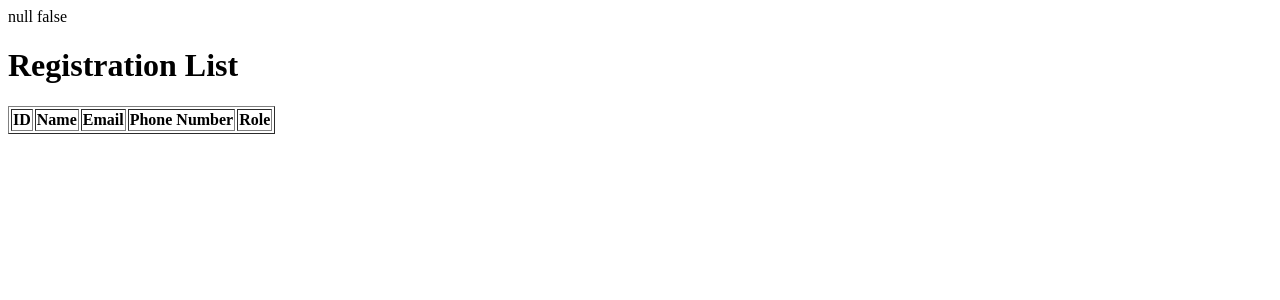
Repository: VimashaVishvani/VehicleRental
Page: http://localhost/Vehicle_rentalDb/viewRegistrations
These files come from the project's save history. The page is drawn as it stood at one moment and after the next save; the edit follows.
The browser window is 1280 px wide. The pictures show the whole page.
The page is served by Tomcat 9. Other server files are loaded and not shown. Queries for data that is not in the repository find no rows.

Above is the page before, as saved 2024-05-08 20:07:46.

### Vehicle_rentalDb/src/main/webapp/carOwnerSeeRegistrations.jsp
<%@ page language="java" contentType="text/html; charset=ISO-8859-1"
    pageEncoding="ISO-8859-1"%>
<%@taglib prefix="c" uri="http://java.sun.com/jsp/jstl/core"%>
 	<%
        String id = request.getParameter("id");
 		String result= request.getParameter("result");
        out.println(id);
        out.println(result);


       if("false".equals(result)) {
            // Print JavaScript to display an alert box
            out.println("<script type=\"text/javascript\">");
            out.println("alert('No Registrations Done yet');");
            out.println("</script>");
            }

    %>
<!DOCTYPE html>
<html>
<head>
    <meta charset="UTF-8">
    <title>Registrations</title>
</head>
<body>
    <h1>Registration List</h1>
    <table border="1">
        <tr>
            <th>ID</th>
            <th>Name</th>
            <th>Email</th>
            <th>Phone Number</th>
            <th>Role</th>
        </tr>
        <c:forEach var="application" items="${Applications}">
            <tr>
                <td>${application.vType}</td>
                <td>${user.vModelName}</td>
                <td>${user.vBrand}</td>
                <td>${user.noOfSeats}</td>
                <td>${user.price}</td>
            </tr>
        </c:forEach>
    </table>
</body>
</html>

### Vehicle_rentalDb/src/main/java/com/VehicleOwner/seeApplicationsServlet.java
package com.VehicleOwner;

import java.io.IOException;
import java.util.List;

import javax.servlet.RequestDispatcher;
import javax.servlet.ServletException;
import javax.servlet.annotation.WebServlet;
import javax.servlet.http.HttpServlet;
import javax.servlet.http.HttpServletRequest;
import javax.servlet.http.HttpServletResponse;

/**
 * Servlet implementation class seeApplicationsServlet
 */
@WebServlet("/seeApplicationsServlet")
public class seeApplicationsServlet extends HttpServlet {
	private static final long serialVersionUID = 1L;

	protected void doGet(HttpServletRequest request, HttpServletResponse response) throws ServletException, IOException {
		String id= request.getParameter("id");

		try {

			List<vehicleApplication> Applications = vApplicationUtil.getAllRegistartionsOfUser(id);
			   if (!Applications.isEmpty()) {
	                response.getWriter().println("hi");
	                request.setAttribute("Applications", Applications);
	                RequestDispatcher dispatcher = request.getRequestDispatcher("carOwnerSeeRegistrations.jsp?result=true&id="+id);
	                dispatcher.forward(request, response);

	            } else {
	                response.getWriter().println("No applications found for user with ID: " + id);
	                RequestDispatcher dispatcher = request.getRequestDispatcher("carOwnerSeeRegistrations.jsp?result=false&id="+id);
	                dispatcher.forward(request, response);
	            }

		}catch(Exception e) {
        	e.printStackTrace();
            // Handle exception appropriately
            response.getWriter().println("<h2>Error occurred while fetching users</h2>");
            response.getWriter().println("<pre>");
            e.printStackTrace(response.getWriter());
            response.getWriter().println("</pre>");
        }


		response.getWriter().println(id);

	}


}

### Vehicle_rentalDb/src/main/java/com/VehicleOwner/vApplicationUtil.java
package com.VehicleOwner;
import java.sql.Connection;
import java.sql.ResultSet;
import java.sql.SQLException;
import java.sql.Statement;
import java.util.ArrayList;
import java.util.List;

import com.user.DBconnect;
import com.user.user;

public class vApplicationUtil {
	private static Connection con = null;
	private static ResultSet rs = null;
	private static Statement stmt = null;

	public static boolean insertData(vehicleApplication application1) {
	String sql =" ";

		try {
			con = DBconnect.getConnection();
			stmt = con.createStatement();

		    String vType= application1.getvType();
		    String vModelName= application1.getvModelName();
		    String vBrand = application1.getvBrand();
		    int noOfSeats = application1.getNoOfSeats();
		    double price =application1.getPrice();
		    String ownerId =application1.getOwnerId();

		      sql = "INSERT INTO regapplication (vType, vModelName, vBrand, noOfSeats, price, ownerId) " +
		                     "VALUES ('" + vType + "', '" + vModelName + "', '" + vBrand + "', " +
		                     noOfSeats + ", " + price + ", '" + ownerId + "')";


		      int rowsAffected = stmt.executeUpdate(sql);

		        // Check if insertion was successful
		        if (rowsAffected > 0) {
		            return true;
		        } else {
		            return false;
		        }


		}catch(Exception e) {
			e.printStackTrace();
			return false;
		}


	}

	public static List<vehicleApplication> getAllRegistartionsOfUser(String id) throws SQLException {
	    List<vehicleApplication> applications = new ArrayList<>();

	    try {
	    	con=DBconnect.getConnection();
			stmt = con.createStatement();
			String sql = "SELECT * FROM regapplication WHERE ownerId='"+id+"'";
			rs = stmt.executeQuery(sql);
			 while (rs.next()) {
		            int idNo = rs.getInt("id");
		            String vType = rs.getString("vType");
		            String vModelName = rs.getString("vModelName");
		            String vBrand = rs.getString("vBrand");
		            int noOfSeats = rs.getInt("noOfSeats");
		            Double price = rs.getDouble("price");
		            vehicleApplication regAppli = new vehicleApplication(vType, vModelName, vBrand, noOfSeats, price,id);
		            applications.add(regAppli);
		        }
	    }catch(Exception e) {
			e.printStackTrace();
		}




	    return applications;
	}

}

### Vehicle_rentalDb/src/main/java/com/user/DBconnect.java
package com.user;

import java.sql.Connection;
import java.sql.DriverManager;

public class DBconnect {

    private static String url = "jdbc:mysql://localhost:3306/vehicle_rental_db";
    private static String userName = "root";
    private static String password = "Ridmi@2002";

    private static Connection con;


    private DBconnect() {}

    // Public method to provide global access to the single instance
    public static Connection getConnection() {
        if (con == null) {  // Check if instance is already created
            synchronized (DBconnect.class) { //thread Safety
                if (con == null) {
                    try {
                        Class.forName("com.mysql.jdbc.Driver"); // Updated Driver
                        con = DriverManager.getConnection(url, userName, password);
                        System.out.println("Database connection successful!");
                    } catch (Exception e) {
                        System.out.println("Database connection failed: " + e);
                    }
                }
            }
        }
        return con;
    }
}

After the next save:
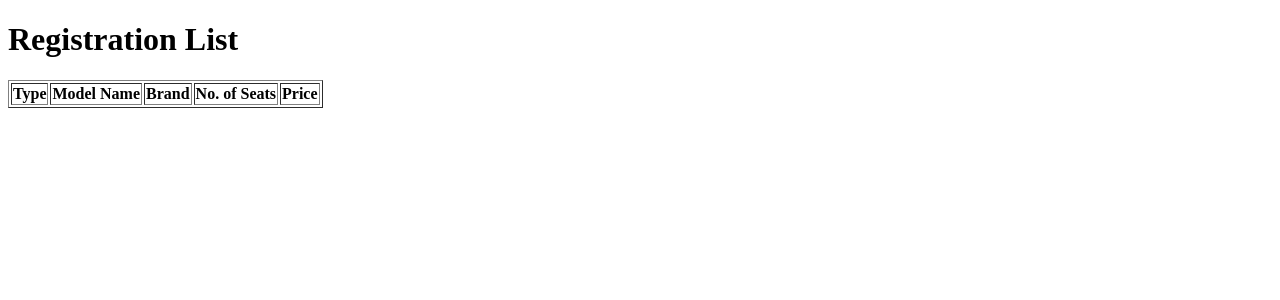
Saved 114 s later.
--- a/Vehicle_rentalDb/src/main/webapp/carOwnerSeeRegistrations.jsp
+++ b/Vehicle_rentalDb/src/main/webapp/carOwnerSeeRegistrations.jsp
@@ -1,21 +1,5 @@
-<%@ page language="java" contentType="text/html; charset=ISO-8859-1"
-    pageEncoding="ISO-8859-1"%>
-<%@taglib prefix="c" uri="http://java.sun.com/jsp/jstl/core"%>
- 	<%
-        String id = request.getParameter("id");
- 		String result= request.getParameter("result");
-        out.println(id);
-        out.println(result);
-
-
-       if("false".equals(result)) {
-            // Print JavaScript to display an alert box
-            out.println("<script type=\"text/javascript\">");
-            out.println("alert('No Registrations Done yet');");
-            out.println("</script>");
-            }
-
-    %>
+<%@ page language="java" contentType="text/html; charset=ISO-8859-1" pageEncoding="ISO-8859-1"%>
+<%@ taglib prefix="c" uri="http://java.sun.com/jsp/jstl/core"%>
 <!DOCTYPE html>
 <html>
 <head>
@@ -24,21 +8,29 @@
 </head>
 <body>
     <h1>Registration List</h1>
+
+    <%-- JavaScript alert if result is "false" --%>
+    <c:if test="${param.result == 'false'}">
+        <script type="text/javascript">
+            alert('No Registrations Done yet');
+        </script>
+    </c:if>
+
     <table border="1">
         <tr>
-            <th>ID</th>
-            <th>Name</th>
-            <th>Email</th>
-            <th>Phone Number</th>
-            <th>Role</th>
+            <th>Type</th>
+            <th>Model Name</th>
+            <th>Brand</th>
+            <th>No. of Seats</th>
+            <th>Price</th>
         </tr>
         <c:forEach var="application" items="${Applications}">
             <tr>
                 <td>${application.vType}</td>
-                <td>${user.vModelName}</td>
-                <td>${user.vBrand}</td>
-                <td>${user.noOfSeats}</td>
-                <td>${user.price}</td>
+                <td>${application.vModelName}</td>
+                <td>${application.vBrand}</td>
+                <td>${application.noOfSeats}</td>
+                <td>${application.price}</td>
             </tr>
         </c:forEach>
     </table>
